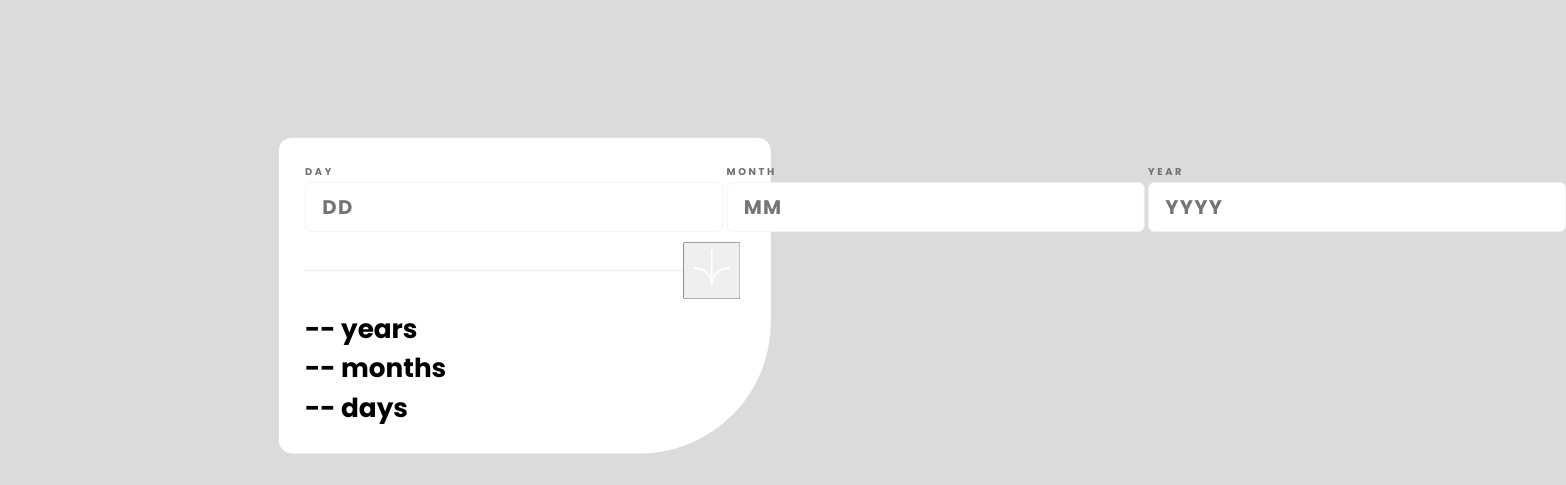
Repository: blordeus/age-calculator-app
Page: /
The author's editor kept a copy of each file at every save. The page is drawn from the files as they stood at one save, then again after a run of saves.
The browser window is 1280 px wide. The page is 1910 px wide, so the pictures cover 1910 px, including what lies to the right of the window. The pictures show the whole page, at 82% of full size.
The project was rebuilt for these pictures with package versions that can differ from the ones it lists, and the page was loaded fresh each time.

Above is the page before, as saved 2023-08-23 15:49:27.

### src/App.js
 import { useState } from "react";
 import "./style.css";

 import arrowIcon from './images/icon-arrow.svg'

const App = () => {
  const [formData, setFormData] = useState({
    day: "",
    month: "",
    year: "",
  });

  const [formErrors, setFormErrors] = useState({
    day: "",
    month: "",
    year: "",
    generic: "",
  });

  const [output, setOutput] = useState({
    days: "",
    months: "",
    years: "",
  });

  const hasErrors = formErrors.day || formErrors.month || formErrors.year || formErrors.generic;

  return (
    <div className="card-container">
      <div className="inputs-container">
      <div className="input-label-container">
        <label htmlFor="day" style={{
          color: hasErrors ? "hsl(0,100%,67%)" : "hsl(0,1%,44%)",
        }}>Day</label>
        <input
        type="number"
        id="day"
        placeholder="DD"
        min={1}
        value={formData.day}
        style={{
          border: hasErrors
          ? '1px solid hsl(0,100%,67%)'
          : '1px solid hsl(0,0%,94%)'
        }}
        onChange={(e) =>
        setFormData((prevState) =>
        ({...prevState,
          day:e.target.value}))}
        />
        {formErrors.day && <p className="error">{formErrors.day}</p>}
      </div>

      <div className="input-label-container">
        <label htmlFor="month" style={{
          color: hasErrors ? "hsl(0,100%,67%)" : "hsl(0,1%,44%)",
        }}>Month</label>
        <input
        type="number"
        id="day"
        placeholder="MM"
        min={1}
        value={formData.month}
        style={{
          border: hasErrors
          ? '1px solid hsl(0,100%,67%)'
          : '1px solid hsl(0,0%,94%)'
        }}
        onChange={(e) =>
        setFormData((prevState) =>
        ({...prevState,
          month:e.target.value}))}
        />
        {formErrors.month && <p className="error">{formErrors.month}</p>}
      </div>

      <div className="input-label-container">
        <label htmlFor="year" style={{
          color: hasErrors ? "hsl(0,100%,67%)" : "hsl(0,1%,44%)",
        }}>Year</label>
        <input
        type="number"
        id="year"
        placeholder="YYYY"
        min={1}
        value={formData.year}
        style={{
          border: hasErrors
          ? '1px solid hsl(0,100%,67%)'
          : '1px solid hsl(0,0%,94%)'
        }}
        onChange={(e) =>
        setFormData((prevState) =>
        ({...prevState,
          year:e.target.value}))}
        />
        {formErrors.year && <p className="error">{formErrors.year}</p>}
      </div>
    </div>

    {formErrors.generic && (
      <p className="error generic">{formErrors.generic}</p>
    )}

<div className="divider-container">
  <div className="divider"></div>

  <button className="btn" onClick={() => null}>
    <img src={arrowIcon} alt="arrowIcon" />
  </button>
</div>

<div className="output-container">
  <h1>
    <span className="highlighted">
    {output.years === "" ? '--' : output.years}{" "}
    </span>
    {output.years === 1 ? 'year' : "years"}
    </h1>

    <h1>
    <span className="highlighted">
    {output.months === "" ? '--' : output.months}{" "}
    </span>
    {output.months === 1 ? 'month' : "months"}
    </h1>

    <h1>
    <span className="highlighted">
    {output.days === "" ? '--' : output.days}{" "}
    </span>
    {output.days === 1 ? 'day' : "days"}
    </h1>
</div>
    </div>
  );
};

export default App;

### src/style.css
@import url("https://fonts.googleapis.com/css2?family=Poppins:ital,wght@0,700;1,400;1,800&display=swap");

* {
  box-sizing: border-box;
  margin: 0;
  padding: 0;
  font-family: "Poppins", sans-serif;
}

:root {
  --Purple: hsl(259, 100%, 65%);
  --Light-red: hsl(0, 100%, 67%);
  --White: hsl(0, 0%, 100%);
  --Off-white: hsl(0, 0%, 94%);
  --Light-grey: hsl(0, 0%, 86%);
  --Smokey-grey: hsl(0, 1%, 44%);
  --Off-black: hsl(0, 0%, 8%);
}

body {
  background-color: var(--Light-grey);
  min-height: 100vh;
  display: flex;
  align-items: center;
  justify-content: center;
}

.card-container {
  width: 600px;
  border-radius: 1rem 1rem 10rem 1rem;
  background-color: var(--White);
  padding: 2rem;
  max-width: 90vw;
  margin-top: 1rem;
  margin-bottom: 1rem;
}

.inputs-container {
  display: flex;
  gap: 0.25rem;
}

.input-label-container {
  display: flex;
  flex-direction: column;
  gap: 0.25rem;
  flex: 1;
}

.input-label-container label {
  text-transform: uppercase;
  font-size: 0.75rem;
  letter-spacing: 0.2rem;
}

.input-label-container input {
  width: 130opx;
  padding: 0.75rem 1rem 0.75rem 1.25rem;
  font-size: 1.5rem;
  color: var(--Off-black);
  border-radius: 0.5rem;
  outline: none;
  letter-spacing: 0.1rem;
}

.error {
  color: var(--Light-red);
  font-weight: 400;
  font-style: italic;
  margin-top: 0.25rem;
  letter-spacing: 0.1rem;
  font-size: 0.75rem;
}

.error.generic {
  margin-top: 0.5rem;
}

.divider-container {
  display: flex;
  align-items: center;
  margin-top: 0.75rem;
  margin-bottom: 0.75rem;
}

.divider {
  height: 2px;
  background-color: var(--Off-white);
  width: 86%;
}

.btn {
  width: 70px;
  height: 70px
}

Loaded but not shown: src/index.js (common file)

After the next 2 saves:
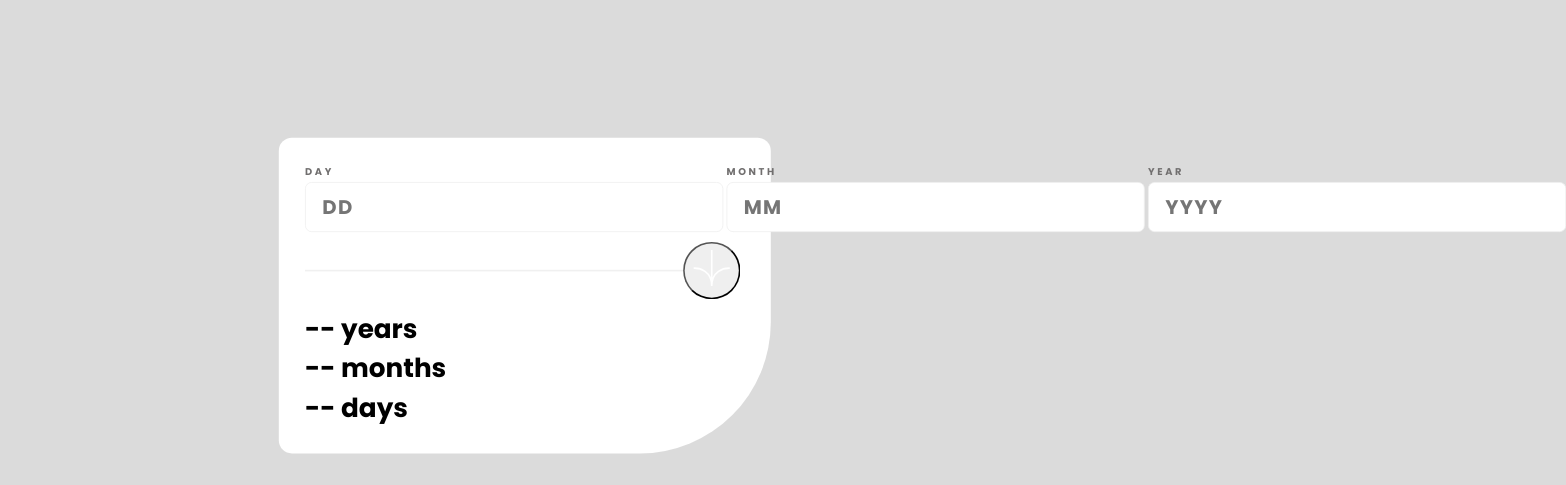
The 2 saves are shown as one change because they came seconds apart.
The last was saved 9 s later.
--- a/src/style.css
+++ b/src/style.css
@@ -91,5 +91,6 @@ body {
 
 .btn {
   width: 70px;
-  height: 70px
+  height: 70px;
+  border-radius: 50%
 }
